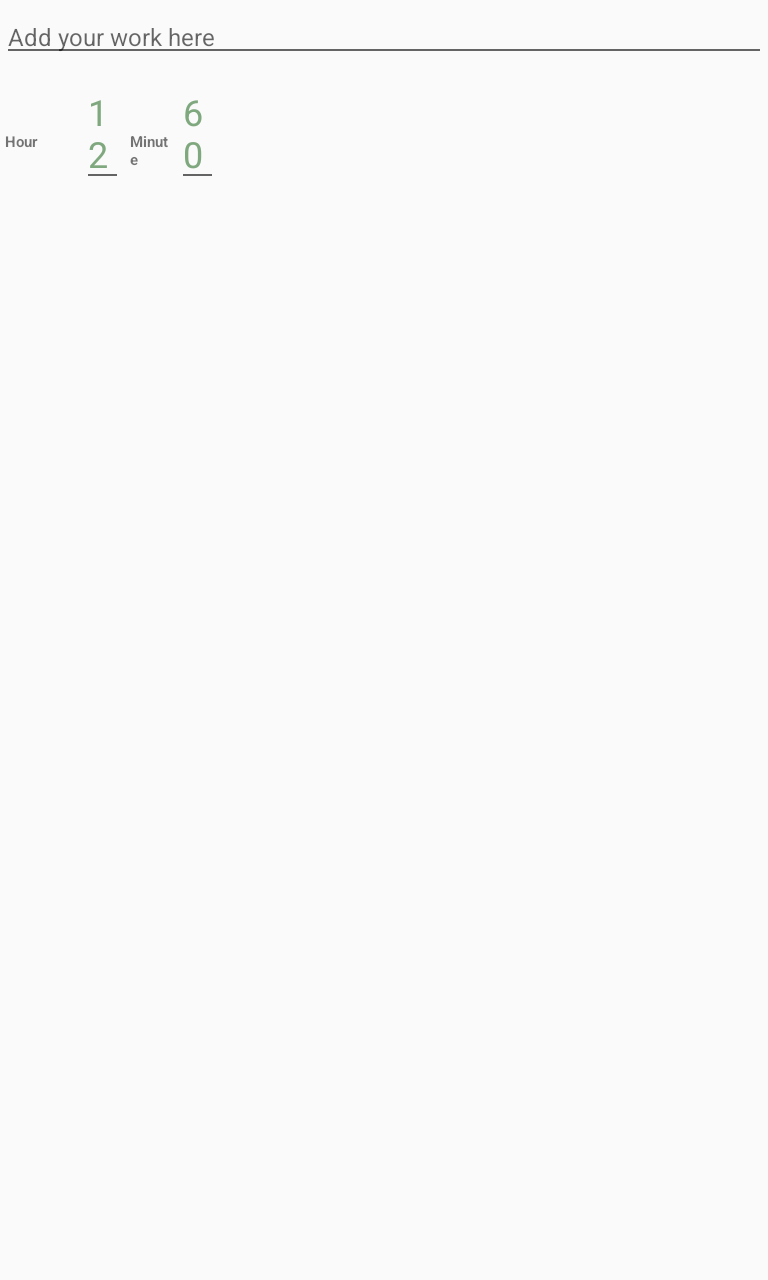
Repository: teamEIT/Android
Layout: workspace/Layout/res/layout/activity_main.xml
These files come from the project's save history. The layout is drawn as it stood at one moment and after the next save; the edit follows.
It is drawn on a 768 x 1280 px phone screen (xhdpi) without system bars, with theme AppTheme; the app's code is not run.

Above is the layout before, as saved 2014-08-18 02:54:17.

After the next save:
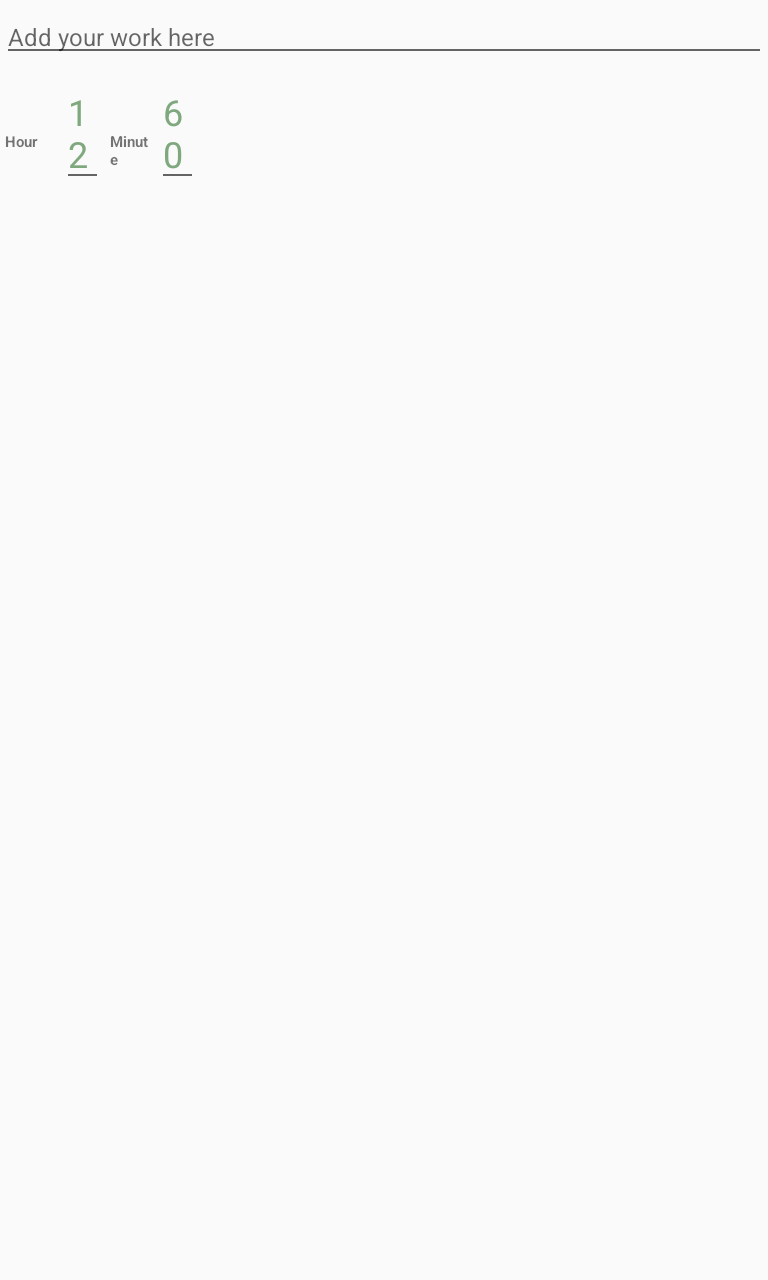
Saved 8 s later.
--- a/workspace/Layout/res/layout/activity_main.xml
+++ b/workspace/Layout/res/layout/activity_main.xml
@@ -20,7 +20,7 @@
 	    android:orientation="horizontal"
 	>
 	    <TextView
-	        android:layout_width="80px"
+	        android:layout_width="60px"
 	        android:layout_height="wrap_content"
 	        android:text="@string/hour_edit"
 	        android:typeface="normal"
